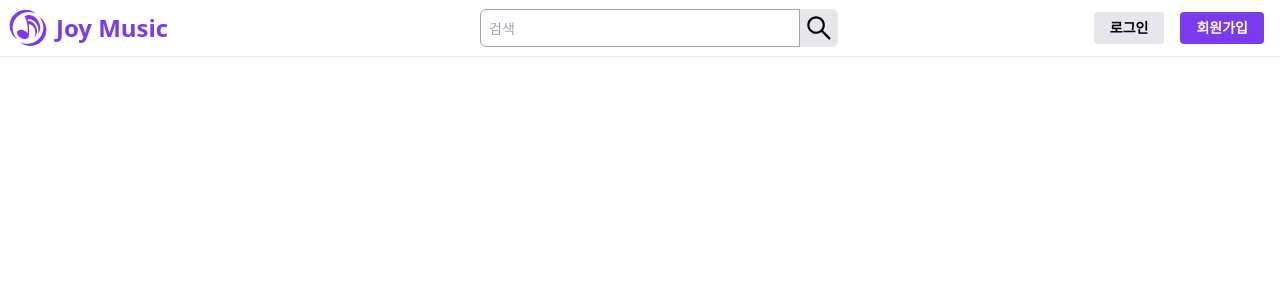
Repository: momo0170/streaming
Page: /
An editor plug-in stored every save of this project. The page is shown before and after the next save, followed by the edit.
The browser window is 1280 px wide. The pictures show the whole page.
The project was rebuilt for these pictures with package versions that can differ from the ones it lists, and the page was loaded fresh each time. Also part of the build but not shown: src/App.css.

Above is the page before, as saved 2023-09-22 13:05:58.

After the next save:
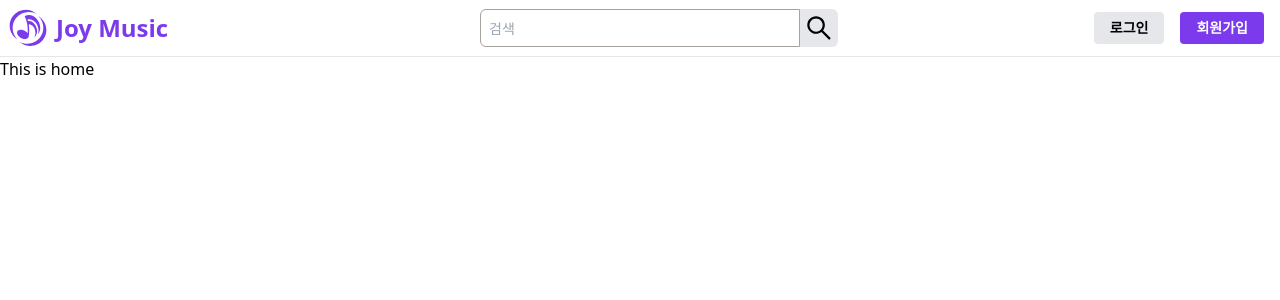
Saved 8 s later.
--- a/src/index.js
+++ b/src/index.js
@@ -3,11 +3,18 @@ import ReactDOM from 'react-dom/client';
 import './index.css';
 import App from './App';
 import { RouterProvider, createBrowserRouter } from 'react-router-dom';
+import Home from './router/Home';
 
 const router = createBrowserRouter([
   {
     path: '/',
     element: <App />,
+    children: [
+      {
+        index: true,
+        element: <Home />,
+      },
+    ],
   },
 ]);
 const root = ReactDOM.createRoot(document.getElementById('root'));
